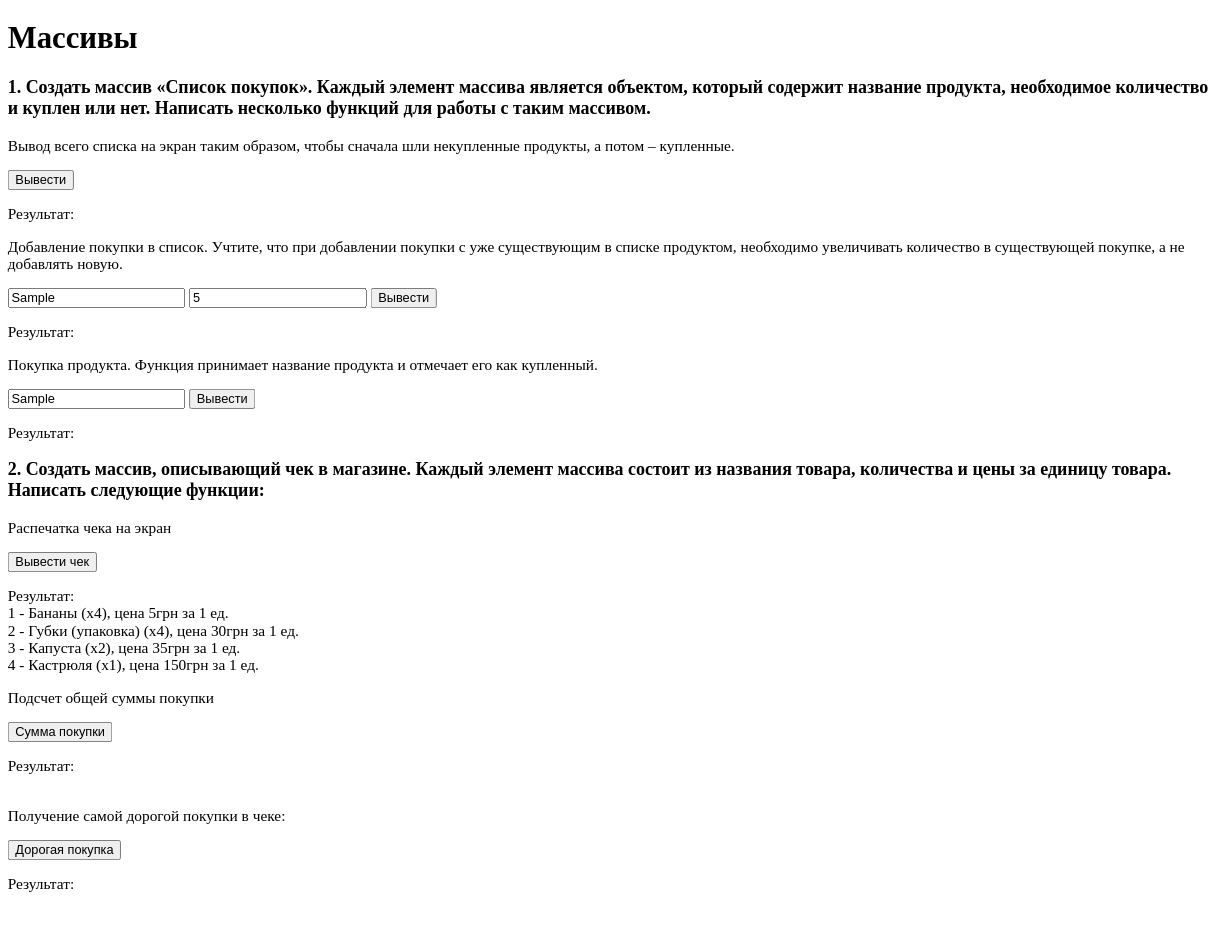
Repository: NastyaGavrilova/Beetroot-js
Page: HW5/index.html
The author's editor kept a copy of each file at every save. The page is drawn from the files as they stood at one save, then again after the next save.
The browser window is 1280 px wide. The pictures show the whole page, at 96% of full size.
Empty fields were first filled with sample values (such as "Sample", 5 or name@example.com).
After loading, the first visible `#js-task2-btn1` was clicked once.

Above is the page before, as saved 2021-10-22 12:36:38.

### HW5/index.html
<!DOCTYPE html>
<html lang="en">
  <head>
    <meta charset="UTF-8" />
    <meta http-equiv="X-UA-Compatible" content="IE=edge" />
    <meta name="viewport" content="width=device-width, initial-scale=1.0" />
    <title>Arrays</title>
  </head>
  <body>
    <h1>Массивы</h1>
    <section class="c-task1">
      <div class="c-task1__wrapper">
        <h3 class="title">
          1. Создать массив «Список покупок». Каждый элемент массива является
          объектом, который содержит название продукта, необходимое количество и
          куплен или нет. Написать несколько функций для работы с таким
          массивом.
        </h3>
        <p class="paragraph">
          Вывод всего списка на экран таким образом, чтобы сначала шли
          некупленные продукты, а потом – купленные.
        </p>
        <button id="js-task1-btn1">Вывести</button>
        <p class="paragraph">Результат: <span id="js-task1-span1"></span></p>
        <p class="paragraph">
          Добавление покупки в список. Учтите, что при добавлении покупки с уже
          существующим в списке продуктом, необходимо увеличивать количество в
          существующей покупке, а не добавлять новую.
        </p>
        <form action="#" method="get">
          <input
            type="text"
            id="js-task1-input1"
            placeholder="Название продукта"
          />
          <input type="number" id="js-task1-input2" placeholder="Кол-во" />
          <button id="js-task1-btn2">Вывести</button>
        </form>
        <p class="paragraph">Результат: <span id="js-task1-span2"></span></p>
        <p class="paragraph">
          Покупка продукта. Функция принимает название продукта и отмечает его
          как купленный.
        </p>
        <form action="#" method="get">
          <input
            type="text"
            id="js-task1-input4"
            placeholder="Название продукта"
          />
          <button id="js-task1-btn3">Вывести</button>
        </form>
        <p class="paragraph">Результат: <span id="js-task1-span3"></span></p>
      </div>
    </section>
    <section class="c-task2">
      <div class="c-task2__wrapper">
        <h3 class="title">
          2. Создать массив, описывающий чек в магазине. Каждый элемент массива
          состоит из названия товара, количества и цены за единицу товара.
          Написать следующие функции:
        </h3>
        <p>Распечатка чека на экран</p>
        <button id="js-task2-btn1">Вывести чек</button>
        <p>
          Результат: <br />
          <span id="js-task2-span1"></span>
        </p>

        <p>Подсчет общей суммы покупки</p>
        <button id="js-task2-btn2">Сумма покупки</button>
        <p>
          Результат: <br />
          <span id="js-task2-span2"></span><br />
        </p>
        <p>Получение самой дорогой покупки в чеке:</p>
        <button id="js-task2-btn3">Дорогая покупка</button>
        <p>
          Результат: <br />
          <span id="js-task2-span3"></span><br />
        </p>
      </div>
    </section>
    <script src="index.js"></script>
  </body>
</html>

### HW5/index.js
// task 1

class Product {
  constructor(params = {}) {
    Object.assign(
      this,
      {
        nameOfProduct: null,
        amount: 1,
        bought: false,
      },
      { ...params }
    );
  }
  // словие сортировки для метода sort
  static sortDefault(a, b) {
    return (
      (a.bought - b.bought) * 10 +
      a.nameOfProduct.localeCompare(b.nameOfProduct)
    );
  }
  // метод для вывода списка
  static showProduct(a) {
    return ` ${a.nameOfProduct} (x${a.amount}) ${
      a.bought ? "куплено" : "не куплено"
    }`;
  }
}
// масив обьектов продуктов
let shopList = [
  { nameOfProduct: "Банан", amount: 2 },
  { nameOfProduct: "Апельсин", amount: 5, bought: true },
  { nameOfProduct: "Молоко", bought: true },
  { nameOfProduct: "Груша", amount: 10 },
].map((prodDef) => new Product(prodDef));

// добавление покупки
let addToShopList = (prodDef) => {
  // при добавлении покупки с уже существующим в списке продуктом, необходимо увеличивать количество в существующей покупке, а не добавлять новую
  let prod = shopList.find(
    (prod) => prod.nameOfProduct === prodDef.nameOfProduct
  );
  if (!prod) return shopList.push(new Product(prodDef));
  prod.amount += prodDef.amount;
};
// функция куаленного продукта
let boughtProduct = (product) => {
  // при вводе существующего продукта его статус меняеться на "куплено"
  let prod = shopList.find(
    (prod) => prod.nameOfProduct === product.nameOfProduct
  );
  if (!prod.bought) return (prod.bought += true);
};
// кнопка для функции сортировки и вівода
let btn1 = document.getElementById("js-task1-btn1");
btn1.addEventListener("click", (e) => {
  e.preventDefault();
  let showSortByBought = document.getElementById("js-task1-span1");
  shopList.sort(Product.sortDefault);
  return (showSortByBought.innerHTML = shopList.map(Product.showProduct));
});
// кнопка для добавления сортировки и вівода
let btn1_2 = document.getElementById("js-task1-btn2");
btn1_2.addEventListener("click", (e) => {
  e.preventDefault();
  let showAddProduct = document.getElementById("js-task1-span2");
  let nameProd = document.getElementById("js-task1-input1");
  let amountProd = document.getElementById("js-task1-input2");
  addToShopList({
    _nameOfProduct: nameProd.value,
    get nameOfProduct() {
      return this._nameOfProduct;
    },
    set nameOfProduct(value) {
      this._nameOfProduct = value;
    },
    amount: +amountProd.value,
  });
  shopList.sort(Product.sortDefault);
  return (showAddProduct.innerHTML = shopList.map(Product.showProduct));
});
// кнопка для изменения статуса продукта, сортировки и вівода
let btn1_3 = document.getElementById("js-task1-btn3");
btn1_3.addEventListener("click", (e) => {
  let showBoughtPoduct = document.getElementById("js-task1-span3");
  let nameProduct = document.getElementById("js-task1-input4");
  boughtProduct({ nameOfProduct: nameProduct.value });
  shopList.sort(Product.sortDefault);
  return (showBoughtPoduct.innerHTML = shopList.map(Product.showProduct));
});

// task 2

class ShopCheck {
  constructor(params = {}) {
    Object.assign(
      this,
      {
        nameShopProduct: null,
        price: 1,
        amount: 1,
      },
      { ...params }
    );
  }

  static sortExpensive(a, b) {
    if (a.amount * a.price < b.amount * b.price) {
      return -1;
    }
    if (a.amount * a.price > b.amount * b.price) {
      return 1;
    }
    return 0;
  }
}
let shopCheck = [
  {
    nameOfProduct: "Зубная паста",
    price: 30,
  },
  {
    nameOfProduct: "Бананы",
    price: 5,
    amount: 4,
  },
  {
    nameOfProduct: "Губки (упаковка)",
    price: 30,
    amount: 4,
  },
  {
    nameOfProduct: "Капуста",
    price: 35,
    amount: 2,
  },
  {
    nameOfProduct: "Кастрюля",
    price: 150,
    amount: 1,
  },
].map((prodDef) => new ShopCheck(prodDef));

ShopCheck.prototype.toString = function checkToString() {
  return `${this.nameOfProduct} (x${this.amount}), цена ${this.price}грн за 1 ед.`;
};
let showCheckList = (spanEl) => {
  let str = " ";
  for (let i = 1; i <= shopCheck.length; i++) {
    if (shopCheck[i] !== undefined)
      str += i + " - " + shopCheck[i].toString() + "<br>";
  }
  return (spanEl.innerHTML = str);
};

let sumCheck = (spanEl) => {
  let res = 0;
  for (let i = 0; i < shopCheck.length; i++) {
    res += shopCheck[i].amount * shopCheck[i].price;
  }
  return (spanEl.innerHTML = `${res}грн`);
};

// function expensiveProduct(spanEl) {
//   let res = 0;
//   for (let i = 0; i < shopCheck.length; i++) {
//     if (
//       shopCheck[i].amount * shopCheck[i].price >
//       shopCheck[i + 1].amount * shopCheck[i + 1].price
//     ) {
//       res = shopCheck[i].amount * shopCheck[i].price;
//     }
//   }
//   return (spanEl.innerHTML = `${res}грн`);
// }

let btn2 = document.getElementById("js-task2-btn1");
btn2.addEventListener("click", (e) => {
  e.preventDefault();
  let outputShopCheck = document.getElementById("js-task2-span1");
  showCheckList(outputShopCheck);
});

let btn2_1 = document.getElementById("js-task2-btn2");
btn2_1.addEventListener("click", (e) => {
  e.preventDefault();
  let outputSumCheck = document.getElementById("js-task2-span2");
  sumCheck(outputSumCheck);
});

let btn2_3 = document.getElementById("js-task2-btn3");
btn2_3.addEventListener("click", (e) => {
  e.preventDefault();
  let outputExpensiveProd = document.getElementById("js-task2-span3");
  shopCheck.sort(ShopCheck.sortExpensive);
  showCheckList(outputExpensiveProd);
});

After the next save:
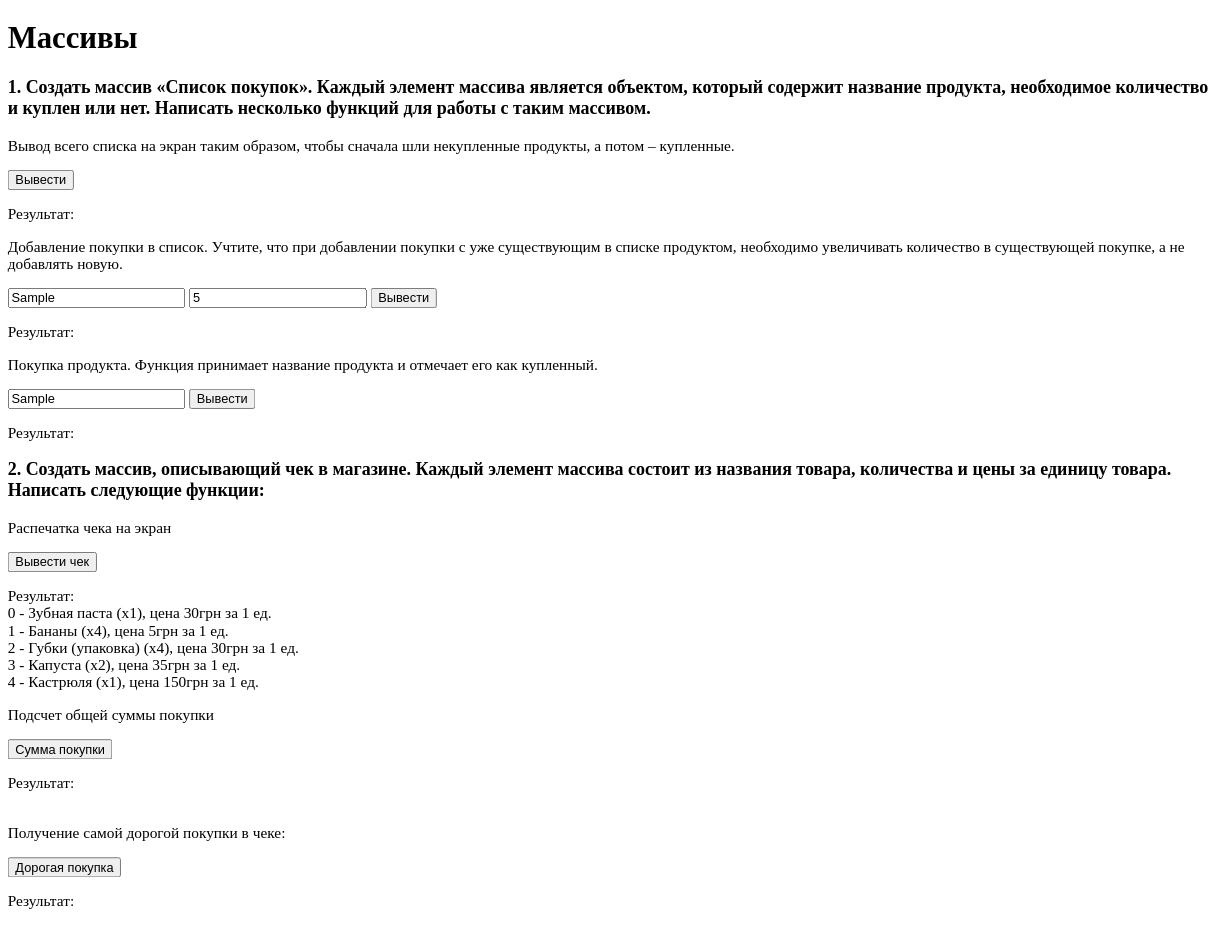
Saved 65 s later.
--- a/HW5/index.js
+++ b/HW5/index.js
@@ -146,7 +146,7 @@ ShopCheck.prototype.toString = function checkToString() {
 };
 let showCheckList = (spanEl) => {
   let str = " ";
-  for (let i = 1; i <= shopCheck.length; i++) {
+  for (let i = 0; i < shopCheck.length; i++) {
     if (shopCheck[i] !== undefined)
       str += i + " - " + shopCheck[i].toString() + "<br>";
   }
